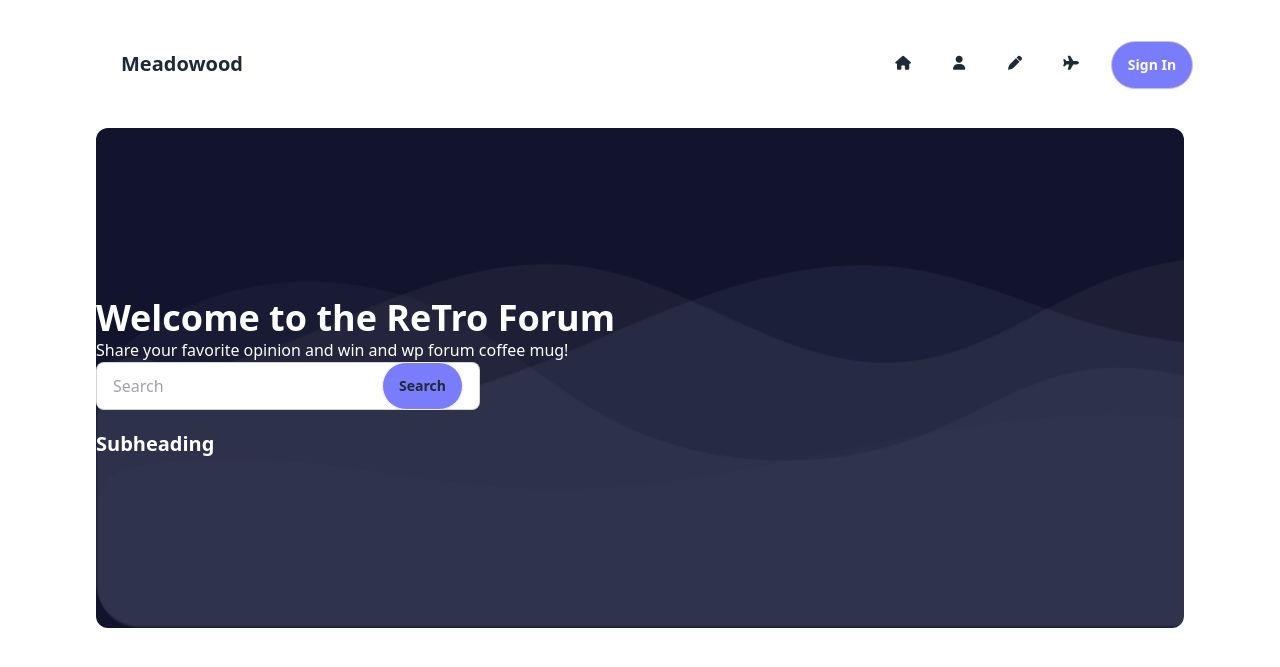
Repository: RudrasahaDibos/Meadowood-Forum
Page: index.html
The author's editor kept a copy of each file at every save. The page is drawn from the files as they stood at one save, then again after a run of saves.
The browser window is 1280 px wide. The pictures show the whole page.
Some web libraries are served in a nearby version.

Above is the page before, as saved 2024-11-24 12:42:48.

After the next 3 saves:
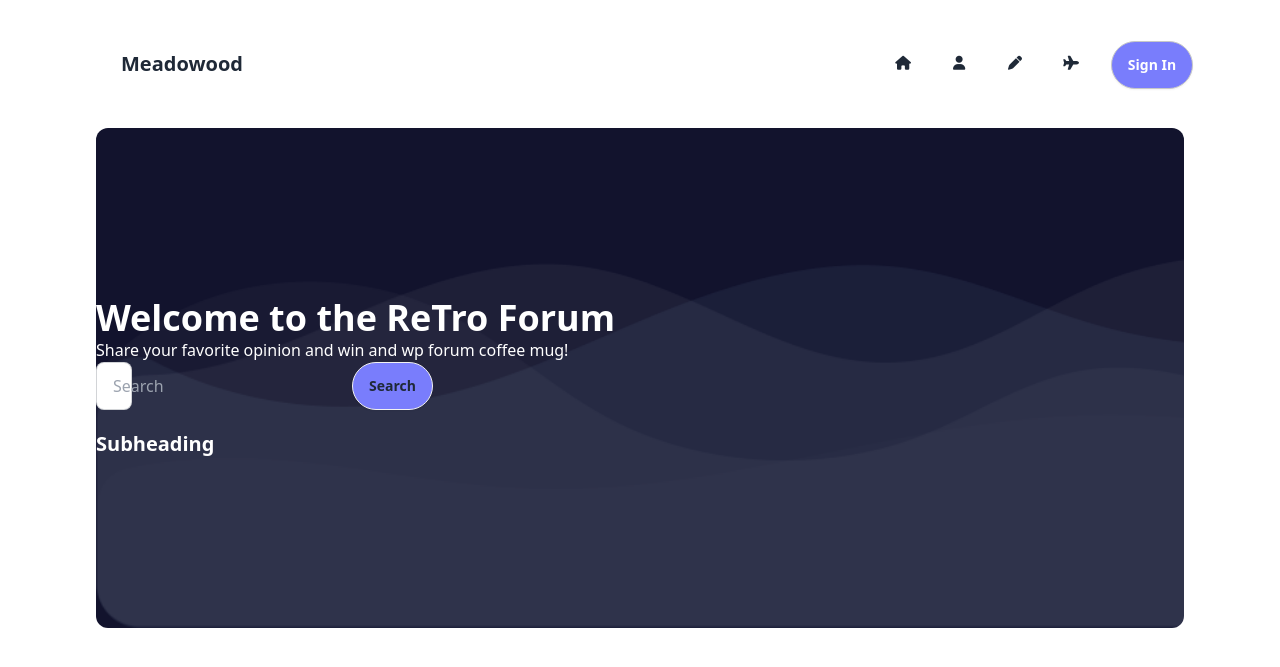
The 3 saves are shown as one change because they came seconds apart.
The last was saved 12 s later.
--- a/index.html
+++ b/index.html
@@ -76,7 +76,7 @@
                   <div>
                     <h2 class="text-4xl font-bold font-manrope text-white">Welcome to the ReTro Forum</h2>
                     <p class="text-white">Share your favorite opinion and win and wp forum coffee mug!</p>
-                    <label class="input input-bordered flex items-center gap-2 w-96">
+                    <label class="input input-bordered flex items-center gap-2 w-9 rounded-full6">
                         <input type="text" class="grow" placeholder="Search" />
                          <button class="btn bg-[#797DFC] rounded-full">Search</button>
                       </label>

After the 2 saves that followed:
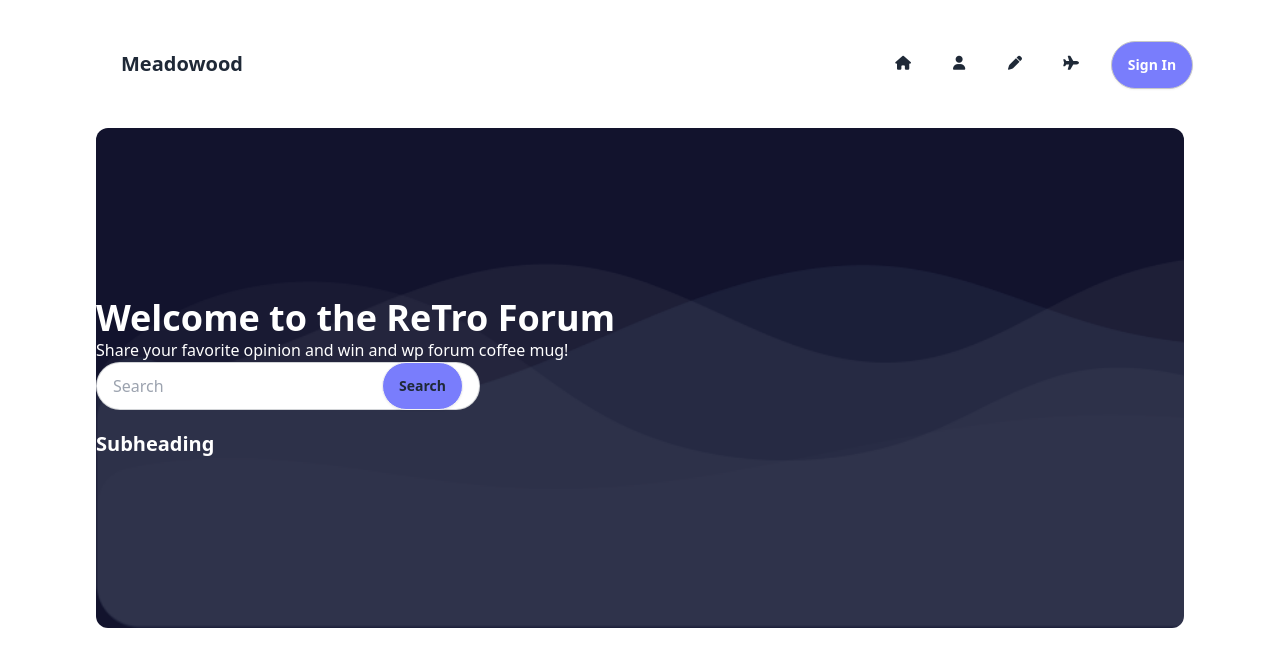
The 2 saves are shown as one change because they came seconds apart.
The last was saved 8 s later.
--- a/index.html
+++ b/index.html
@@ -76,7 +76,7 @@
                   <div>
                     <h2 class="text-4xl font-bold font-manrope text-white">Welcome to the ReTro Forum</h2>
                     <p class="text-white">Share your favorite opinion and win and wp forum coffee mug!</p>
-                    <label class="input input-bordered flex items-center gap-2 w-9 rounded-full6">
+                    <label class="input input-bordered flex items-center gap-2 w-96 rounded-full">
                         <input type="text" class="grow" placeholder="Search" />
                          <button class="btn bg-[#797DFC] rounded-full">Search</button>
                       </label>
